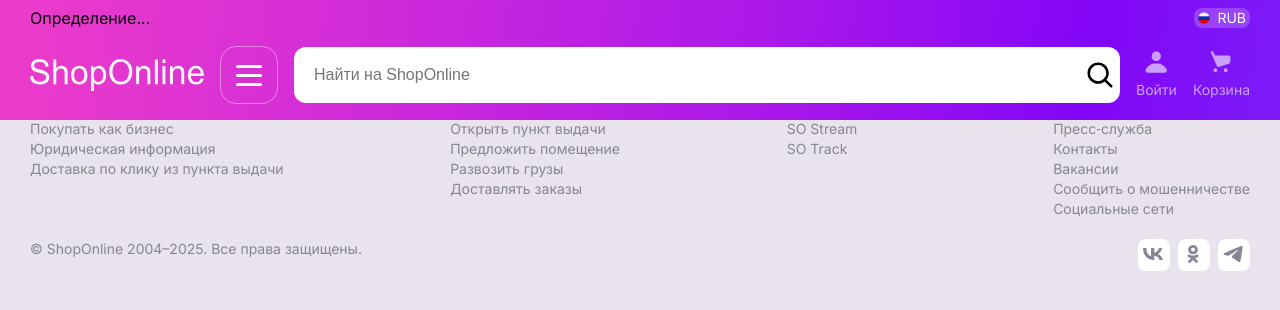
Repository: RostislavZeberg/ShopOnline
Page: /cart
The author's editor kept a copy of each file at every save. The page is drawn from the files as they stood at one save, then again after the next save.
The browser window is 1280 px wide. The pictures show the whole page.
The page's requests for data from a server got no answer. The project was rebuilt for these pictures with package versions that can differ from the ones it lists, and the page was loaded fresh each time. The framework's server and built-in components were replaced by stand-ins that run in the browser. No one was signed in, and anything a server would have sent is missing. Also part of the build but not shown: next.config.ts.

Above is the page before, as saved 2025-08-15 14:15:27.

After the next save:
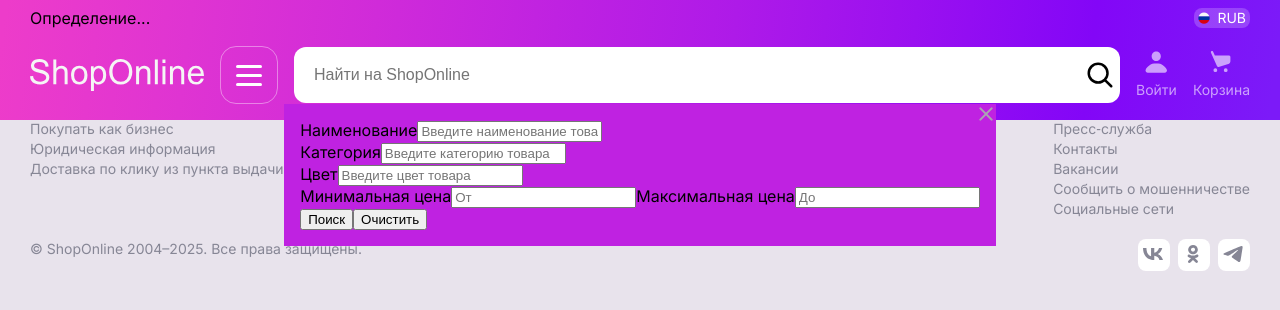
Saved 34 s later.
--- a/src/components/Header/Header.tsx
+++ b/src/components/Header/Header.tsx
@@ -8,6 +8,7 @@ import { SearchProduct } from './SearchProduct';
 import { HeaderNav } from './HeaderNav';
 import { OpenSearchDetailed } from './OpenSearchDetailed';
 import styles from './header.module.scss'
+import { SearchProductDetailed } from '@/modal/SearchProductDetailed/SearchProductDetailed';
 
 export const Header: React.FC = () => {
 
@@ -26,7 +27,7 @@ export const Header: React.FC = () => {
           <SearchProduct />
           <HeaderNav />
         </div>
-        <OpenSearchDetailed />
+        <SearchProductDetailed />
       </div>
     </header>
   );
